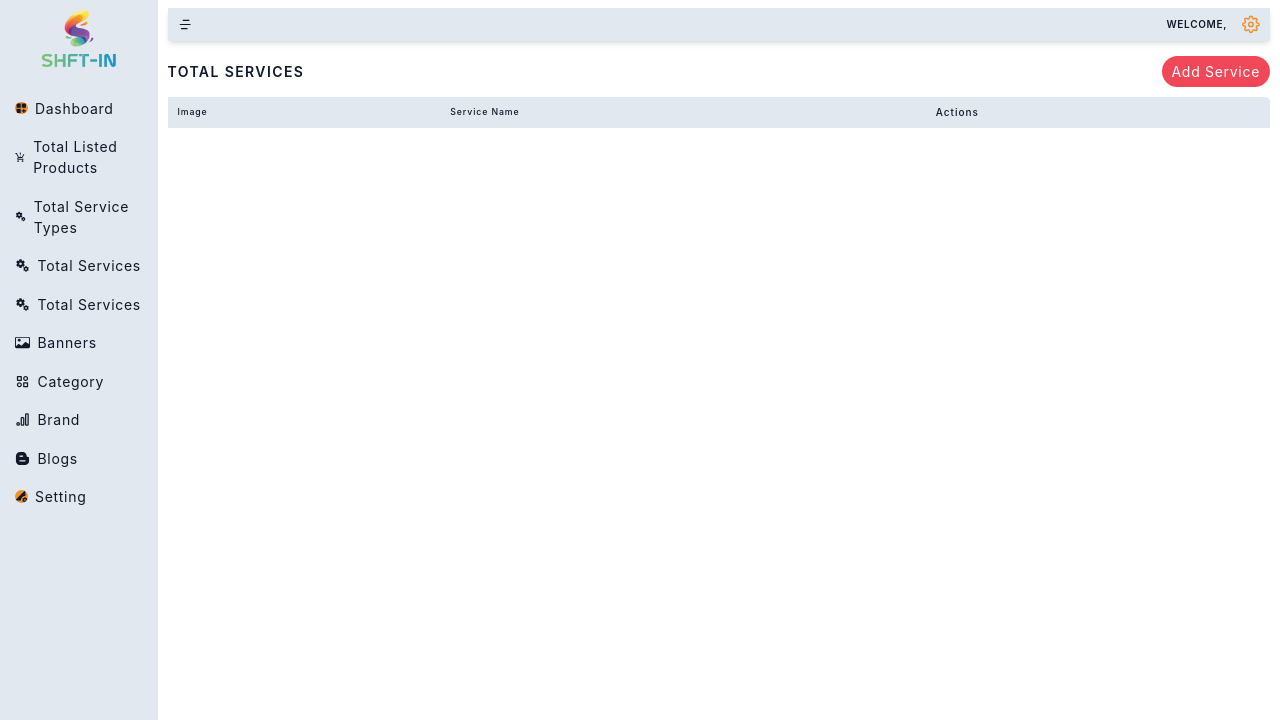
Repository: rohit0915/Mr-Arun-Chauhan-Admin-Panel
Page: /services
An editor plug-in stored every save of this project. The page is shown before and after the next save, followed by the edit.
The browser window is 1280 px wide. The pictures show the whole page.
The page's requests for data from a server got no answer. The project was rebuilt for these pictures with package versions that can differ from the ones it lists, and the page was loaded fresh each time. No one was signed in, and anything a server would have sent is missing. Also part of the build but not shown: src/components/BaseUrl.jsx, src/components/forms/Login.jsx, src/components/pages/Dashboard.jsx, src/vendorPanel/components/Auth.jsx, src/components/pages/products/Products.jsx, src/components/pages/categories/Categories.jsx, src/components/pages/subcategories/SubCategories.jsx, src/components/pages/manageprofiles/ManageProfiles.jsx and 74 more.

Above is the page before, as saved 2022-11-16 13:04:39.

After the next save:
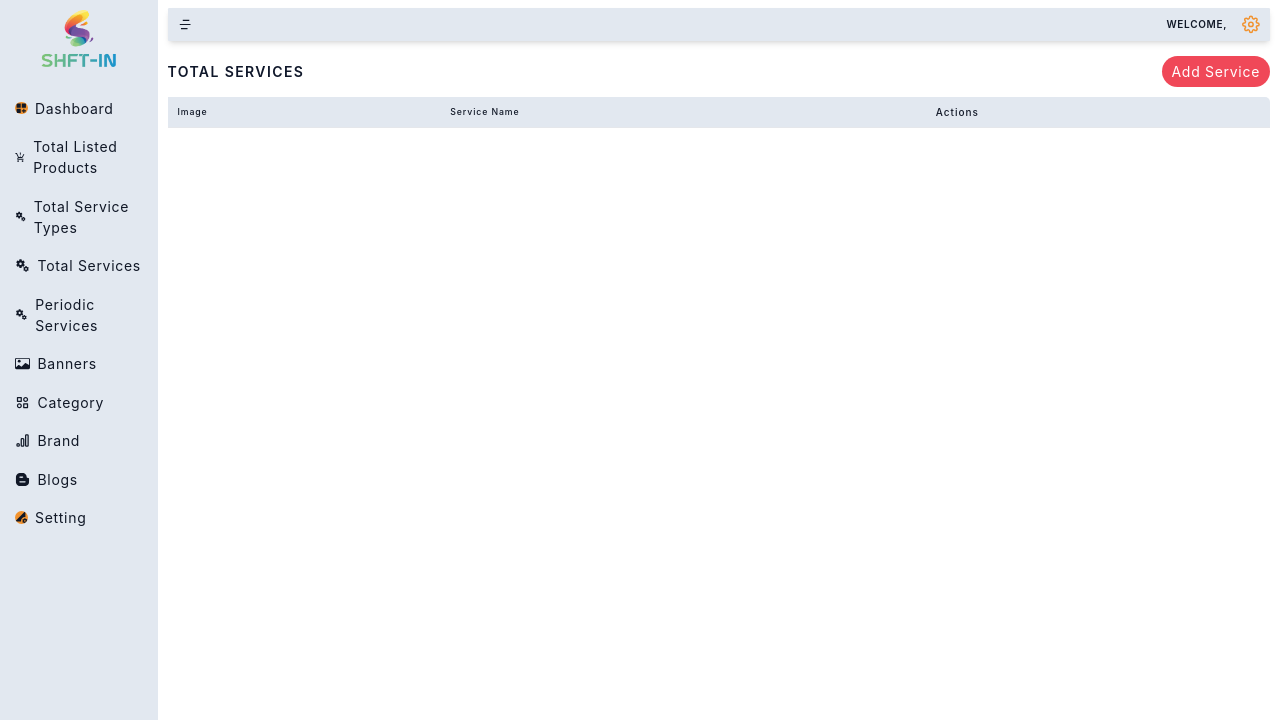
Saved 5 s later.
--- a/src/components/layout/Sidebar.jsx
+++ b/src/components/layout/Sidebar.jsx
@@ -1,8 +1,10 @@
+/** @format */
+
 import React from "react";
 import { RiCloseLine } from "react-icons/ri";
 import { MdPermDataSetting } from "react-icons/md";
 import { Link } from "react-router-dom";
-import { BsCardImage  } from "react-icons/bs";
+import { BsCardImage } from "react-icons/bs";
 import { CgTerminal } from "react-icons/cg";
 import { MdPrivacyTip, MdOutlineInfo } from "react-icons/md";
 import { BiSupport, BiUser, BiRestaurant, BiCategoryAlt } from "react-icons/bi";
@@ -11,8 +13,8 @@ import { GiKnightBanner } from "react-icons/gi";
 import image from "../../../src/components/Assets/Logo.png";
 import { BiLogOutCircle, BiPaperclip, BiMoney } from "react-icons/bi";
 import { AiFillProfile } from "react-icons/ai";
-import {TbBrandGoogleAnalytics} from 'react-icons/tb'
-import {FaBloggerB} from 'react-icons/fa'
+import { TbBrandGoogleAnalytics } from "react-icons/tb";
+import { FaBloggerB } from "react-icons/fa";
 
 import {
   MdDashboardCustomize,
@@ -24,7 +26,6 @@ import {
 
 const Sidebar = ({ hamb, setHamb }) => {
   const nav = [
-
     // {
     //   icon: (
     //     <BiUser className="text-xl mr-3 rounded-full bg-[rgb(241,146,46)]" />
@@ -55,32 +56,24 @@ const Sidebar = ({ hamb, setHamb }) => {
     // },
 
     {
-      icon: (
-        <MdOutlineProductionQuantityLimits className="text-2xl mr-3 " />
-      ),
+      icon: <MdOutlineProductionQuantityLimits className="text-2xl mr-3 " />,
       link: "/products",
       name: " Total Listed Products",
     },
     {
-      icon: (
-        <MdMiscellaneousServices  className="text-2xl mr-3 " />
-      ),
+      icon: <MdMiscellaneousServices className="text-2xl mr-3 " />,
       link: "/total-services",
       name: " Total Service Types",
     },
     {
-      icon: (
-        <MdMiscellaneousServices  className="text-2xl mr-3 " />
-      ),
+      icon: <MdMiscellaneousServices className="text-2xl mr-3 " />,
       link: "/services",
       name: " Total Services",
     },
     {
-      icon: (
-        <MdMiscellaneousServices  className="text-2xl mr-3 " />
-      ),
+      icon: <MdMiscellaneousServices className="text-2xl mr-3 " />,
       link: "/periodicService",
-      name: " Total Services",
+      name: " Periodic Services",
     },
     // {
     //   icon: (
@@ -90,30 +83,22 @@ const Sidebar = ({ hamb, setHamb }) => {
     //   name: " Sub Categories",
     // },
     {
-      icon: (
-        <BsCardImage className="text-2xl mr-3  " />
-      ),
+      icon: <BsCardImage className="text-2xl mr-3  " />,
       link: "/gallary",
       name: "Banners",
     },
     {
-      icon: (
-        <BiCategoryAlt className="text-2xl mr-3  " />
-      ),
+      icon: <BiCategoryAlt className="text-2xl mr-3  " />,
       link: "/cat",
       name: "Category",
     },
     {
-      icon: (
-        <TbBrandGoogleAnalytics className="text-2xl mr-3  " />
-      ),
+      icon: <TbBrandGoogleAnalytics className="text-2xl mr-3  " />,
       link: "/brand",
       name: "Brand",
     },
     {
-      icon: (
-        <FaBloggerB className="text-2xl mr-3  " />
-      ),
+      icon: <FaBloggerB className="text-2xl mr-3  " />,
       link: "/blog",
       name: "Blogs",
     },
